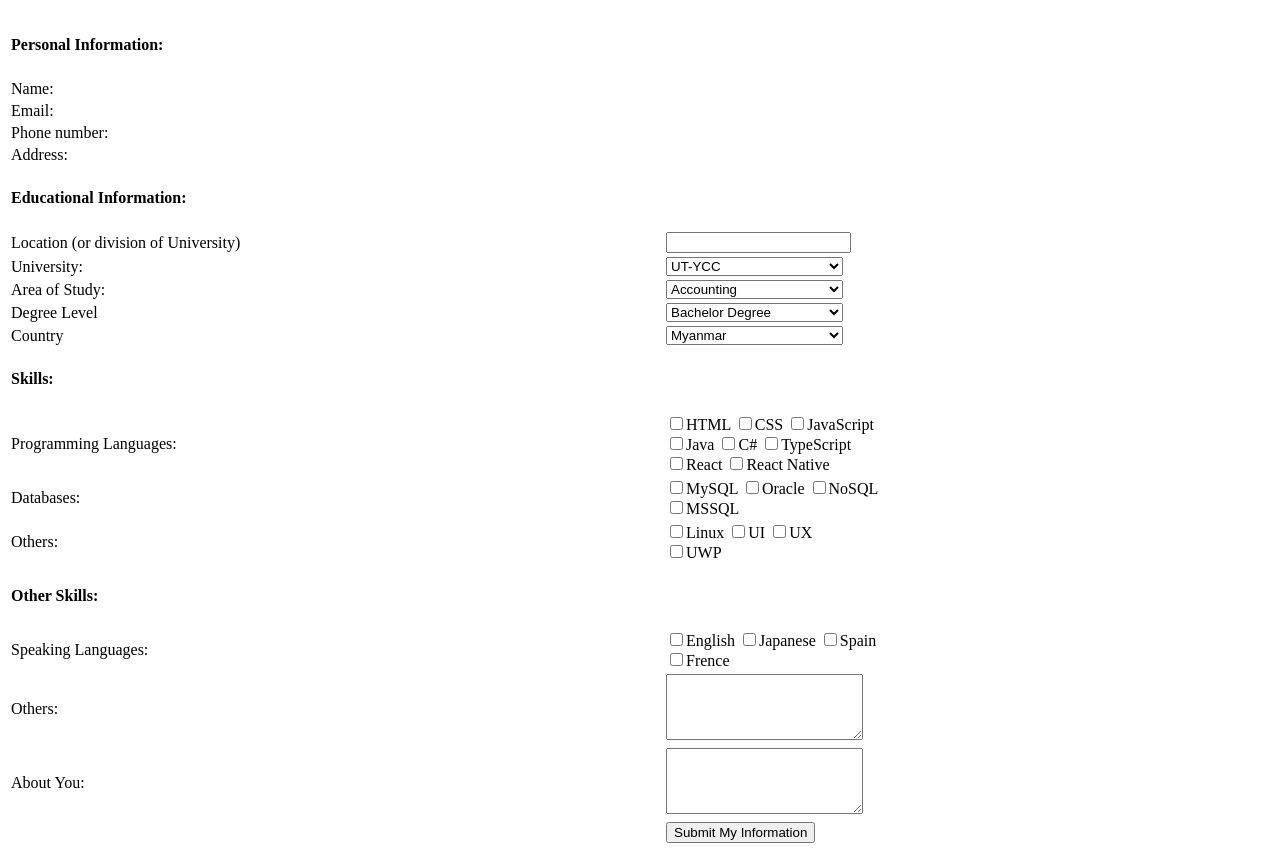
Repository: mrhpn/JavaEE--JSP-SERVLET
Page: http://localhost/JSP_JSTL/read-cv-form.jsp
These files come from the project's save history. The page is drawn as it stood at one moment and after the next save; the edit follows.
The browser window is 1280 px wide. The pictures show the whole page.
The page is served by Tomcat 9.

Above is the page before, as saved 2021-04-01 11:05:27.

### JSP_JSTL/WebContent/read-cv-form.jsp
<%@ page language="java" contentType="text/html; charset=ISO-8859-1"
    pageEncoding="ISO-8859-1"%>
<!DOCTYPE html>
<html>
<head>
<meta charset="ISO-8859-1">
<title>Insert title here</title>
</head>
<body>
	<table style="width: 100%">
			<tr>
				<th></th>
				<th></th>
			</tr>
			<tr>
				<td>
					<h4>Personal Information:</h4>
				</td>
			</tr>
			<tr>
				<td>Name:</td>
				<td>${param.name}</td>
			</tr>
			<tr>
				<td>Email:</td>
				<td>${param.email}</td>
			</tr>
			<tr>
				<td>Phone number:</td>
				<td>${param.phone}</td>
			</tr>
			<tr>
				<td>Address:</td>
				<td>${param.address}</td>
			</tr>
			<tr>
				<td>
					<h4>Educational Information:</h4>
				</td>
			</tr>
			<tr>
				<td>Location (or division of University)</td>
				<td><input type="text" name="division"></td>
			</tr>
			<tr>
				<td>University:</td>
				<td><select name="university" required="required"
					style="width: 177px">
						<option disabled="disabled">Choose University</option>
						<option value="utycc">UT-YCC</option>
						<option value="ucsy">UCSY</option>
						<option value="ucsm">UCSM</option>
				</select></td>
			</tr>
			<tr>
				<td>Area of Study:</td>
				<td><select name="areaOfStudy" required="required"
					style="width: 177px">
						<option disabled="disabled">Choose Area of Study</option>
						<option value="Accounting">Accounting</option>
						<option value="Art">Art</option>
						<option value="Information Technology">Information
							Technology</option>
				</select></td>
			</tr>
			<tr>
				<td>Degree Level</td>
				<td><select name="degreeLevel" required="required"
					style="width: 177px">
						<option disabled="disabled">Choose Degree Level</option>
						<option value="be">Bachelor Degree</option>
						<option value="me">Master Degree</option>
						<option value="phd">PHD</option>
				</select></td>
			</tr>
			<tr>
				<td>Country</td>
				<td><select name="country" required="required"
					style="width: 177px">
						<option disabled="disabled">Choose Country</option>
						<option value="Myanmar">Myanmar</option>
						<option value="UK">UK</option>
						<option value="USA">USA</option>
				</select></td>
			</tr>
			<tr>
				<td>
					<h4>Skills:</h4>
				</td>
			</tr>
			<tr>
				<td>Programming Languages:</td>
				<td><input type="checkbox" name="skillLanguages" value="HTML" />HTML
					<input type="checkbox" name="skillLanguages" value="CSS" />CSS <input
					type="checkbox" name="skillLanguages" value="JavaScript" />JavaScript
					<br> <input type="checkbox" name="skillLanguages" value="Java" />Java
					<input type="checkbox" name="skillLanguages" value="C#" />C# <input
					type="checkbox" name="skillLanguages" value="TypeScript" />TypeScript
					<br> <input type="checkbox" name="skillLanguages"
					value="React" />React <input type="checkbox" name="skillLanguages"
					value="React Native" />React Native <br></td>
			</tr>
			<tr>
				<td>Databases:</td>
				<td><input type="checkbox" name="skillDatabases" value="MySQL" />MySQL
					<input type="checkbox" name="skillDatabases" value="Oracle" />Oracle
					<input type="checkbox" name="skillDatabases" value="NoSQL" />NoSQL
					<br> <input type="checkbox" name="skillDatabases"
					value="MSSQL" />MSSQL</td>
			</tr>
			<tr>
				<td>Others:</td>
				<td><input type="checkbox" name="skillOthers" value="Linux" />Linux
					<input type="checkbox" name="skillOthers" value="UI" />UI <input
					type="checkbox" name="skillOthers" value="UX" />UX <br> <input
					type="checkbox" name="skillOthers" value="UWP" />UWP</td>
			</tr>
			<tr>
				<td>
					<h4>Other Skills:</h4>
				</td>
			</tr>
			<tr>
				<td>Speaking Languages:</td>
				<td><input type="checkbox" name="skillLanguages"
					value="English" />English <input type="checkbox"
					name="skillLanguages" value="Japanese" />Japanese <input
					type="checkbox" name="skillLanguages" value="Spain" />Spain <br>
					<input type="checkbox" name="skillLanguages" value="Java" />Frence
				</td>
			</tr>
			<tr>
				<td>Others:</td>
				<td><textarea rows="4" cols="22" name="otherSkillsText"></textarea>
				</td>
			</tr>
			<tr>
				<td>About You:</td>
				<td><textarea rows="4" cols="22" name="aboutYou"></textarea></td>
			</tr>
			<tr>
				<td></td>
				<td><input type="submit" value="Submit My Information">
			</tr>
		</table>
</body>
</html>

After the next save:
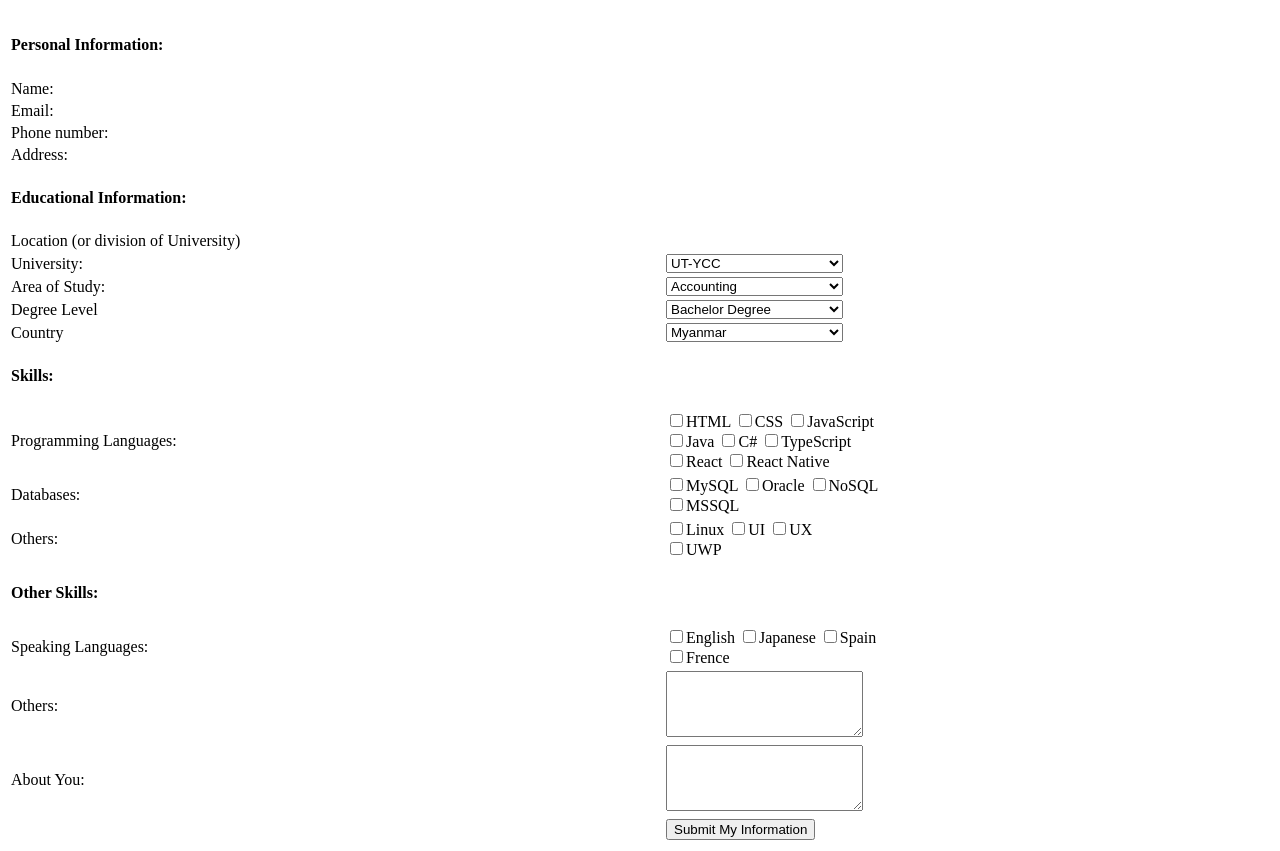
Saved 12 s later.
--- a/JSP_JSTL/WebContent/read-cv-form.jsp
+++ b/JSP_JSTL/WebContent/read-cv-form.jsp
@@ -40,7 +40,7 @@
 			</tr>
 			<tr>
 				<td>Location (or division of University)</td>
-				<td><input type="text" name="division"></td>
+				<td>${param.division}</td>
 			</tr>
 			<tr>
 				<td>University:</td>
